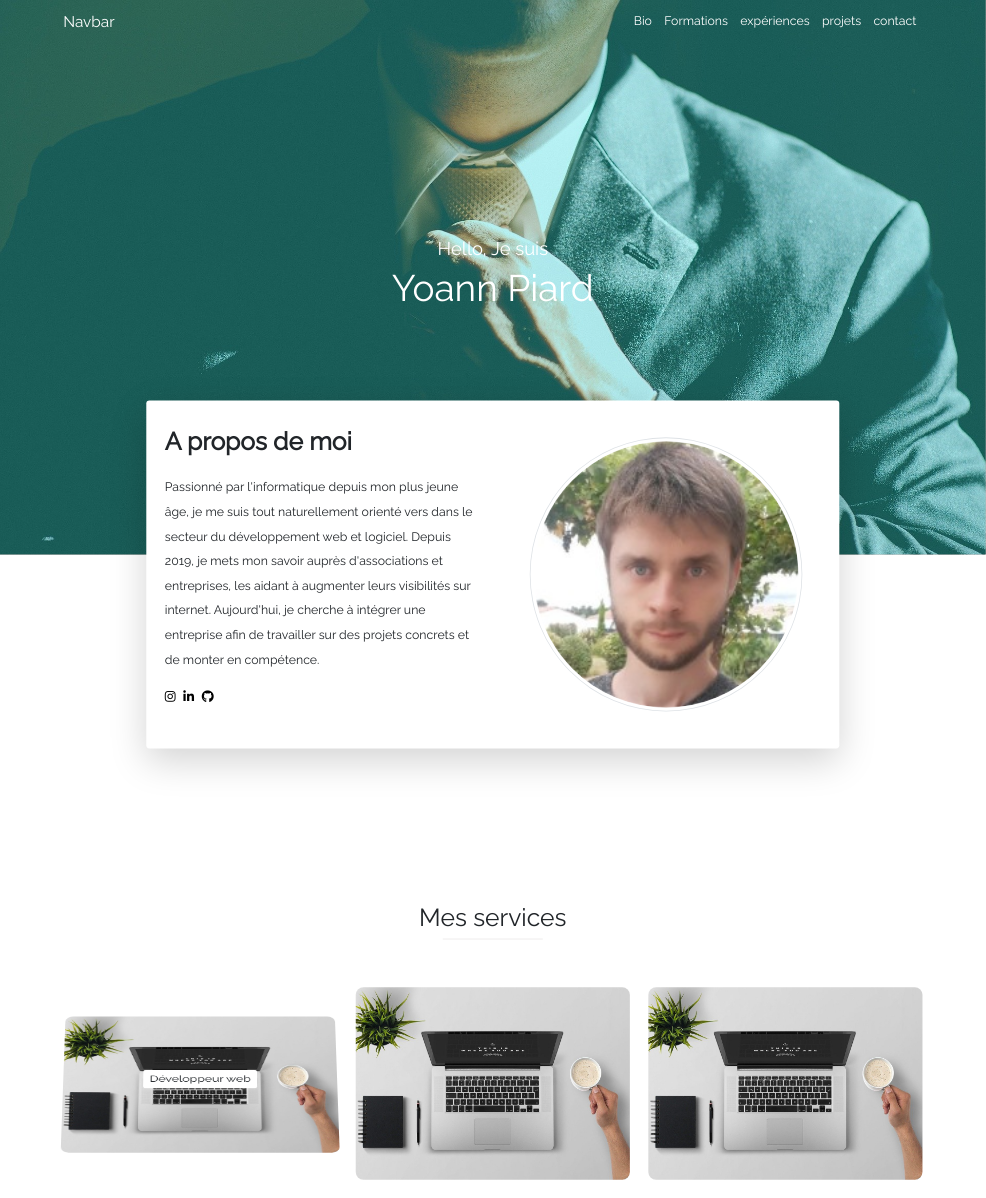
Repository: ypiard85/port-folio-bootstrap-yoann-2021
Page: index.html
An editor plug-in stored every save of this project. The page is shown before and after the next save, followed by the edit.
The browser window is 1280 px wide. The pictures show the whole page, at 77% of full size.
The pointer rests on the first visible `.service_card`.

Above is the page before, as saved 2021-03-09 16:14:56.
Console error: TypeError: window.onload is not a function

### index.html
<!DOCTYPE html>
<html lang="en">
  <head>
    <meta charset="UTF-8" />
    <meta http-equiv="X-UA-Compatible" content="IE=edge" />
    <meta name="viewport" content="width=device-width, initial-scale=1.0" />
    <link rel="stylesheet" href="https://use.fontawesome.com/releases/v5.15.2/css/all.css" integrity="sha384-vSIIfh2YWi9wW0r9iZe7RJPrKwp6bG+s9QZMoITbCckVJqGCCRhc+ccxNcdpHuYu" crossorigin="anonymous">    <!-- CSS only -->
    <link rel="stylesheet" href="./resource/style.css" />
    <link
      href="https://cdn.jsdelivr.net/npm/bootstrap@5.0.0-beta2/dist/css/bootstrap.min.css"
      rel="stylesheet"
      integrity="sha384-BmbxuPwQa2lc/FVzBcNJ7UAyJxM6wuqIj61tLrc4wSX0szH/Ev+nYRRuWlolflfl"
      crossorigin="anonymous"
    />
    <title>Document</title>
  </head>
  <body>
    <nav class="navbar position-fixed w-100 navbar-expand-lg navbar-light">
      <div class="container">
        <a class="navbar-brand" href="#">Navbar</a>
        <button
          class="navbar-toggler"
          type="button"
          data-bs-toggle="collapse"
          data-bs-target="#navbarNav"
          aria-controls="navbarNav"
          aria-expanded="false"
          aria-label="Toggle navigation"
        >
          <span class="navbar-toggler-icon"></span>
        </button>
        <div class="collapse navbar-collapse" id="navbarNav">
          <ul class="navbar-nav">
            <li class="nav-item">
              <a class="nav-link active" aria-current="page" href="#bio">Bio</a>
            </li>
            <li class="nav-item">
              <a class="nav-link" href="#formation">Formations</a>
            </li>
            <li class="nav-item">
              <a class="nav-link" href="#experience">expériences</a>
            </li>
            <li class="nav-item">
              <a class="nav-link" href="#projet">projets</a>
            </li>
            <li class="nav-item">
              <a class="nav-link" href="#contact">contact</a>
            </li>
          </ul>
        </div>
      </div>
    </nav>

    <header
      class="container-fluid flex-column
          d-flex align-items-center justify-content-center"
    >
      <h4>Hello, Je suis</h4>
      <h1>Yoann Piard</h1>
    </header>

    <section class="about_me in container">
      <div class="about_card rounded shadow-lg">
        <div class="container">
          <div class="row">
            <div class="col-md-6  col-sm-12 p-3 p-sm-4 align-self-center">
              <h2 class="mb-4" >A propos de moi</h2>
              <p>
                Passionné par l'informatique depuis mon plus jeune âge, je me
                suis tout naturellement orienté vers dans le secteur du
                développement web et logiciel. Depuis 2019, je mets mon savoir
                auprès d'associations et entreprises, les aidant à augmenter
                leurs visibilités sur internet. Aujourd'hui, je cherche à
                intégrer une entreprise afin de travailler sur des projets
                concrets et de monter en compétence.
              </p>
              <ul class="d-flex">
                  <li><a href=""><i class="fab fa-instagram"></i></a></li>
                  <li><a href=""><i class="fab fa-linkedin-in"></i></a></li>
                  <li><a href=""><i class="fab fa-github"></i></a></li>
              </ul>
            </div>
            <div class="col-md-6 col-sm-12 p-3 p-sm-5 d-none d-md-block">
              <img class="img-fluid img-thumbnail" src="./resource/image/yoann_piard.png" alt="" />
            </div>
          </div>
        </div>
      </div>
    </section>

    <section class="my_work">
        <div class="container">
            <h2 class="ttile_section text-center mb-5">Mes services</h2>
            <div class="row pt-4 pb-4">
                <div class="col-md-4">
                    <div class="service_card" style="background-image: url('./resource/services/laptop-1209008_1280.jpg')">
                        <div class="service_btn"><p class="rounded">Développeur web</p></div>
                        <div class="service_hover rounded"></div>
                    </div>
                </div>
                <div class="col-md-4">
                    <div class="service_card" style="background-image: url('./resource/services/laptop-1209008_1280.jpg')"></div>

                </div>
                <div class="col-md-4">
                    <div class="service_card" style="background-image: url('./resource/services/laptop-1209008_1280.jpg')"></div>

                </div>
            </div>
        </div>
    </section>

    <!-- JavaScript Bundle with Popper -->
    <script
      src="https://cdn.jsdelivr.net/npm/bootstrap@5.0.0-beta2/dist/js/bootstrap.bundle.min.js"
      integrity="sha384-b5kHyXgcpbZJO/tY9Ul7kGkf1S0CWuKcCD38l8YkeH8z8QjE0GmW1gYU5S9FOnJ0"
      crossorigin="anonymous"
    ></script>
    <script src="https://unpkg.com/scrollreveal"></script>
    <script src="./resource/scrollreveal.js"></script>
    <script src="./resource/app.js"></script>
    <script>window.onload(scrollEffect()) </script>
  </body>
</html>

### resource/style.css
@import url('https://fonts.googleapis.com/css2?family=Raleway&display=swap');

*{
    transition: 0.3s;
}

body{
    font-family: 'Raleway', sans-serif!important;
}


.navbar-collapse{
    flex-grow: 0!important;
}

nav a{
    color: white!important;
}

header{
    height: 100vh;
    background: gray;
    background-image: linear-gradient(90deg, rgba(0,231,249,0.2780462526807598) 100%, rgba(0,4,24,0.4405112386751575) 74%), url('./image/about-section.jpg');
    background-repeat: no-repeat;
    background-size: cover;
    background-position: top center;
    color: white;
}

header h1{
    font-weight: normal;
    font-size: 3em;
}

.about_card{
    margin: auto;
    width: 900px;
    max-width: 100%;
    background-color: white;
}

.about_card a{
    font-family: Arial!important;
}

.about_me h2{
    font-weight: bold;
}

.about_card img{
    width: 100%;
    border-radius: 50%;
}

.about_card ul{
    list-style: none;
    padding: 0;
}

.about_card i{
    font-size: 1em;
    color: black;
}

.about_card{
    line-height: 2em;
}

.about_card li{
    margin-right: 10px;
}

.in{
    transform: translateY(-200px);
}

.ttile_section{
    position: relative;
}

.ttile_section::after{
    content: '';
    position: absolute;
    width: 130px;
    height: 1px;
    background-color: rgb(233, 231, 231);
    bottom: -10px;
    left:0;
    right: 0;
    margin: auto;
}

.service_card{
    height: 250px;
    background-position: center;
    background-size: cover;
    border-radius: 10px;
    position: relative;
    transition: 1s!important;
}

.service_btn{
    display: flex;
    justify-content: center;
    height: 100%;
    align-items: center;
}

.service_btn p{
    background-color: white;
    padding: 5px 8px;
    box-shadow: -1px 2px 5px 1px rgba(255, 255, 255, 0.171),
    -1px 2px 20px rgba(255, 255, 255, 0) inset;
}

.service_hover{
    position: absolute;
    top:0;
    bottom:0;
    left:0;
    right:0;
    background-color: orange;
    display: none;
}

.service_card:hover{
    transform: perspective(5000px) rotateX(45deg);

}

.service_card:hover .service_btn{

}

.service_card:hover .service_hover{

}

### resource/scrollreveal.js
function scrollEffect(){


    ScrollReveal().reveal('.about_me', {
        delay: 150,
        duration: 1000,
        reset: true,
        origin: 'bottom',
        distance: '30%'
    });

}

### resource/app.js
ScrollReveal().reveal('.about_me', {
    delay: 250,
    duration: 1000,
    reset: true,
    origin: 'bottom',
    distance: '20%'
});

After the next save:
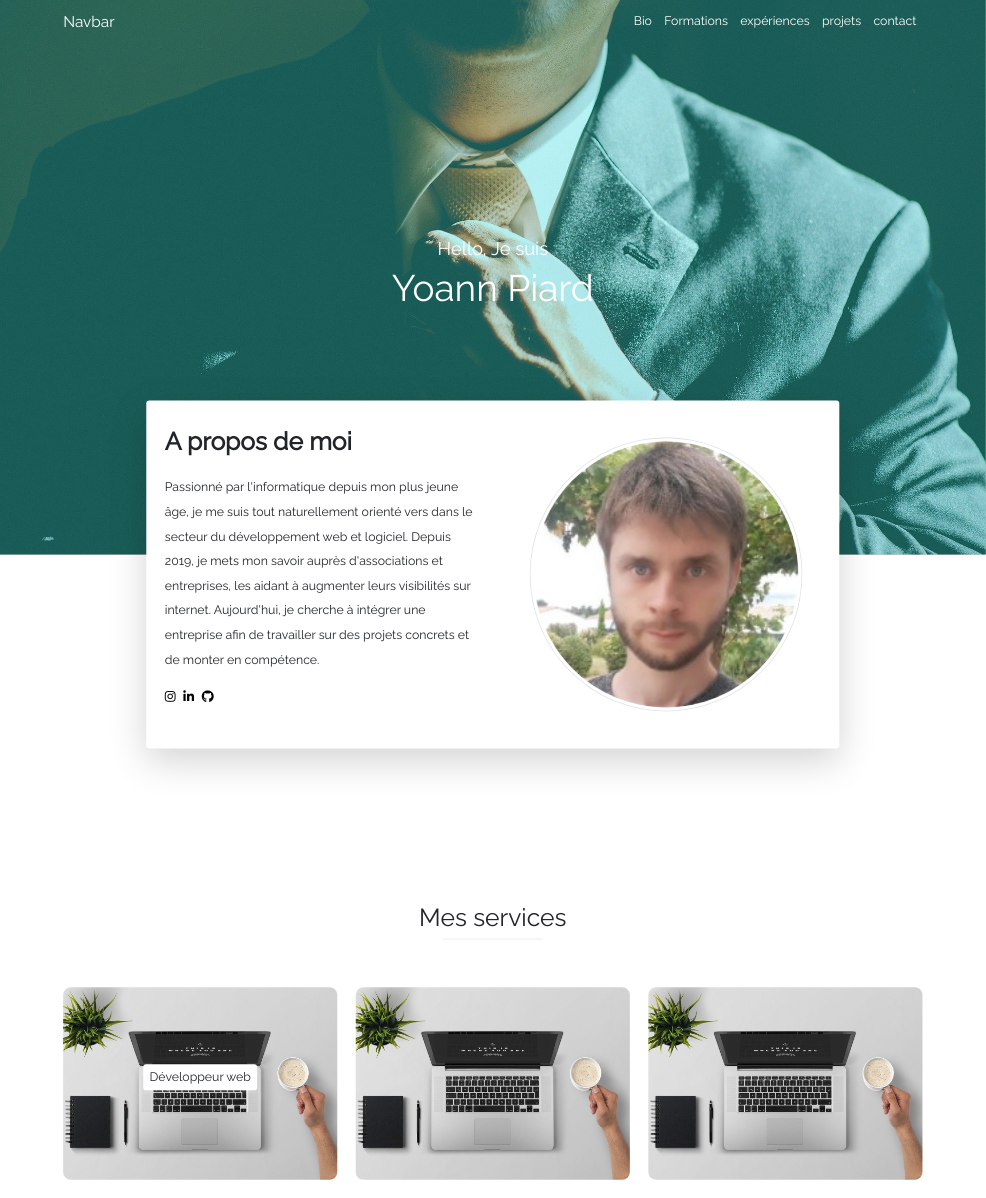
Saved 14 s later.
--- a/resource/style.css
+++ b/resource/style.css
@@ -124,7 +124,7 @@ header h1{
 }
 
 .service_card:hover{
-    transform: perspective(5000px) rotateX(45deg);
+    transform: perspective(5000px);
 
 }
 
